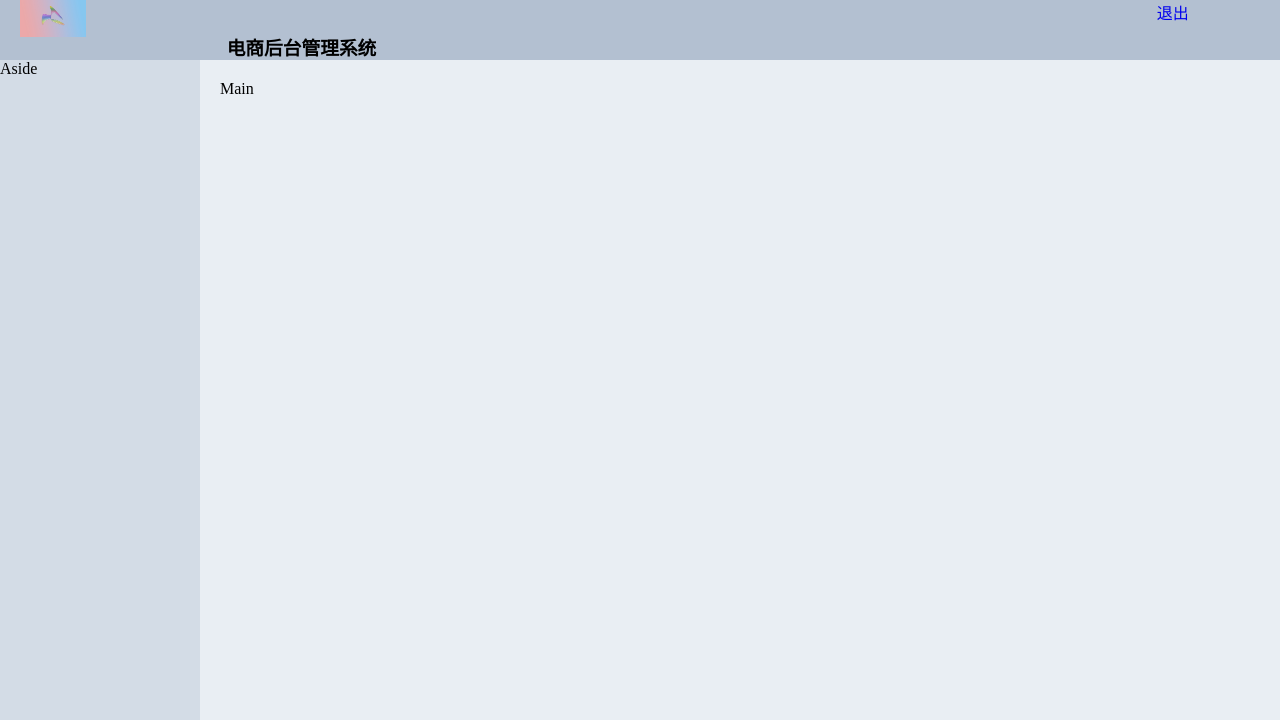
Repository: StenphonCook/mallmanger_my
Page: /
These files come from the project's save history. The page is drawn as it stood at one moment and after the next save; the edit follows.
The browser window is 1280 px wide. The pictures show the whole page.
The project was rebuilt for these pictures with package versions that can differ from the ones it lists, and the page was loaded fresh each time. Also part of the build but not shown: src/components/login/login.vue.

Above is the page before, as saved 2022-05-18 22:10:26.

### index.html
<!DOCTYPE html>
<html>
  <head>
    <meta charset="utf-8">
    <meta name="viewport" content="width=device-width,initial-scale=1.0">
    <title>mallmanager_my</title>
  </head>
  <body>
    <div id="app"></div>
    <!-- built files will be auto injected -->
  </body>
</html>

### src/main.js
// The Vue build version to load with the `import` command
// (runtime-only or standalone) has been set in webpack.base.conf with an alias.
import Vue from 'vue'
import App from './App'
import router from './router'
import MyHttpServe from '@/plugins/http';
import ElementUI from 'element-ui';
import 'element-ui/lib/theme-chalk/index.css';
import '@/assets/css/reset.css'


Vue.use(ElementUI);
Vue.use(MyHttpServe)

Vue.config.productionTip = false

/* eslint-disable no-new */
new Vue({
    el: '#app',
    router,
    // render:(h)=>h{App}下方代码等价写法，
    components: { App },
    template: '<App/>'
})

### src/App.vue
<template>
  <div id="app">
    <router-view/>
  </div>
</template>

<script>
export default {
  name: 'App'
}
</script>

<style>
  #app{
    height: 100%;
  }
</style>

### src/router/index.js
import Vue from 'vue'
import Router from 'vue-router'
import Login from '@/components/login/login.vue'
import Home from '@/components/home/home.vue'
Vue.use(Router)

export default new Router({
    routes: [{
            name: 'login',
            path: '/login',
            component: Login
        },

        {
            name: 'home',
            path: '/',
            component: Home
        }
    ]
})

### src/plugins/http.js
//插件模块

import axios from "axios";
const MyHttpServe = {}

MyHttpServe.install = (Vue) => {
    // 设置基准接口
    axios.defaults.baseURL = 'http://127.0.0.1:8888/api/private/v1/'
        // 4. 添加实例方法
    Vue.prototype.$http = axios
}

export default MyHttpServe

### src/assets/css/reset.css
html,
body {
    height: 100%;
    padding: 0;
    margin: 0;
}

### src/components/home/home.vue
<template>
    <el-container class="container">
        <el-header class="header">
            <el-row>
                <el-col :span="4">
                <div class="grid-content bg-purple">
                    <img src="../../assets/logo.jpg" width="32%" alt="无法显示图片">
                </div>
                </el-col>
                <el-col :span="18" class="middle">
                    <h3>电商后台管理系统</h3>
                </el-col>
                <el-col :span="2">
                <div class="grid-content bg-purple">
                    <a class="loginOut" href="#">退出</a>
                </div>
                </el-col>
            </el-row>
        </el-header>
        <el-container>
            <el-aside class="aside" width="200px">Aside</el-aside>
            <el-main class="main">Main</el-main>
        </el-container>
    </el-container>
</template>

<script>
    export default {
        name:'Home'
    }
</script>

<style>
    .container{
        height: 100%;
    }
    .header{
        background-color: #b3c0d1;
    }
    .aside{
        background-color: #d3dce6;
    }
    .main{
        background-color: #e9eef3;
        height: 100%;
    }
    /* 头部样式 */
    .middle{
        line-height: 60px;
    }
    .loginOut{
        text-decoration: none;
    }
</style>

After the next save:
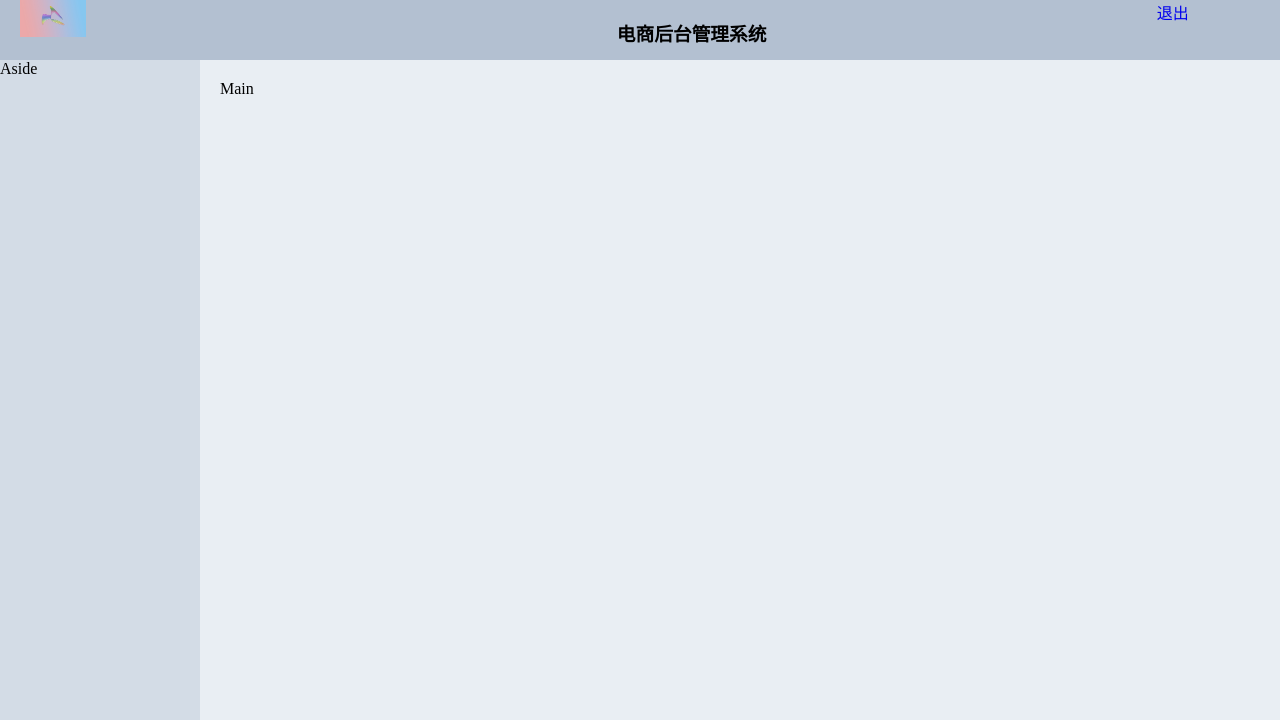
Saved 16 s later.
--- a/src/components/home/home.vue
+++ b/src/components/home/home.vue
@@ -46,7 +46,7 @@
     }
     /* 头部样式 */
     .middle{
-        line-height: 60px;
+        text-align: center;
     }
     .loginOut{
         text-decoration: none;
